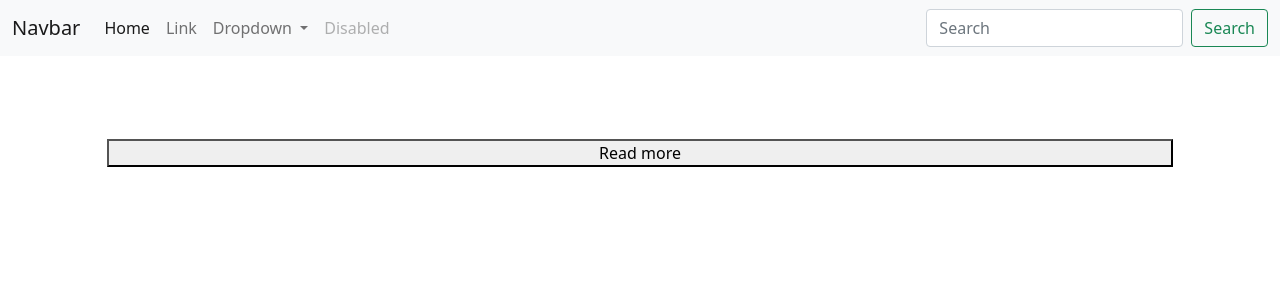
Repository: nptg3105/lab04-landing-page-boostrap5
Page: index.html
The author's editor kept a copy of each file at every save. The page is drawn from the files as they stood at one save, then again after the next save.
The browser window is 1280 px wide. The pictures show the whole page.

Above is the page before, as saved 2021-12-19 09:23:33.

### index.html
<!DOCTYPE html>
<html lang="en">
  <head>
    <meta charset="UTF-8" />
    <meta http-equiv="X-UA-Compatible" content="IE=edge" />
    <meta name="viewport" content="width=device-width, initial-scale=1.0" />
    <title>lab04-Landing-Page-Boostrap</title>
    <link
      href="https://cdn.jsdelivr.net/npm/bootstrap@5.1.3/dist/css/bootstrap.min.css"
      rel="stylesheet"
      integrity="sha384-1BmE4kWBq78iYhFldvKuhfTAU6auU8tT94WrHftjDbrCEXSU1oBoqyl2QvZ6jIW3"
      crossorigin="anonymous"
    />
    <link rel="stylesheet" href="dist/index.css" />
  </head>
  <body>
    <header>
      <nav class="navbar navbar-expand-lg navbar-light bg-light">
        <div class="container-fluid">
          <a class="navbar-brand" href="#">Navbar</a>
          <button
            class="navbar-toggler"
            type="button"
            data-bs-toggle="collapse"
            data-bs-target="#navbarSupportedContent"
            aria-controls="navbarSupportedContent"
            aria-expanded="false"
            aria-label="Toggle navigation"
          >
            <span class="navbar-toggler-icon"></span>
          </button>
          <div class="collapse navbar-collapse" id="navbarSupportedContent">
            <ul class="navbar-nav me-auto mb-2 mb-lg-0">
              <li class="nav-item">
                <a class="nav-link active" aria-current="page" href="#">Home</a>
              </li>
              <li class="nav-item">
                <a class="nav-link" href="#">Link</a>
              </li>
              <li class="nav-item dropdown">
                <a
                  class="nav-link dropdown-toggle"
                  href="#"
                  id="navbarDropdown"
                  role="button"
                  data-bs-toggle="dropdown"
                  aria-expanded="false"
                >
                  Dropdown
                </a>
                <ul class="dropdown-menu" aria-labelledby="navbarDropdown">
                  <li><a class="dropdown-item" href="#">Action</a></li>
                  <li><a class="dropdown-item" href="#">Another action</a></li>
                  <li><hr class="dropdown-divider" /></li>
                  <li>
                    <a class="dropdown-item" href="#">Something else here</a>
                  </li>
                </ul>
              </li>
              <li class="nav-item">
                <a class="nav-link disabled">Disabled</a>
              </li>
            </ul>
            <form class="d-flex">
              <input
                class="form-control me-2"
                type="search"
                placeholder="Search"
                aria-label="Search"
              />
              <button class="btn btn-outline-success" type="submit">
                Search
              </button>
            </form>
          </div>
        </div>
      </nav>
      <div class="hero">
       <div class="container-fluid d-flex flex-column justify-content-center align-items-center hero__textbox text-center col-md-10">
         <div class="row">
          <h2 class="text-white">Travel</h2>
          <h4 class="text-white">Lorem ipsum dolor sit amet, consectetur adipisicing elit. Deleniti consequuntur.</h4>
          <button>Read more <i class="fa fa-book"></i></button>
         </div>
       </div>
      </div>
    </header>

    </p>

    <script
      src="https://cdn.jsdelivr.net/npm/bootstrap@5.1.3/dist/js/bootstrap.bundle.min.js"
      integrity="sha384-ka7Sk0Gln4gmtz2MlQnikT1wXgYsOg+OMhuP+IlRH9sENBO0LRn5q+8nbTov4+1p"
      crossorigin="anonymous"
    ></script>
  </body>
</html>

### dist/index.css
* {
  box-sizing: border-box;
  margin: 0;
  padding: 0;
}
body {
  line-height: 1.5;
}
:root {
  --color-bg: #ecf2f8;
  --color-white: #fff;
  --color-violet: #7541c8;
  --color-light-grey: #cfcfcf;
  --color-dark-grey: #19212e;
  --color-grey: #48556a;
}
.hero {
  background: url(https://mdbootstrap.com/img/Photos/Horizontal/Nature/full%20page/img%20(
        3
      ).jpg)
    no-repeat 50% fixed;
}
/*# sourceMappingURL=index.css.map */

After the next save:
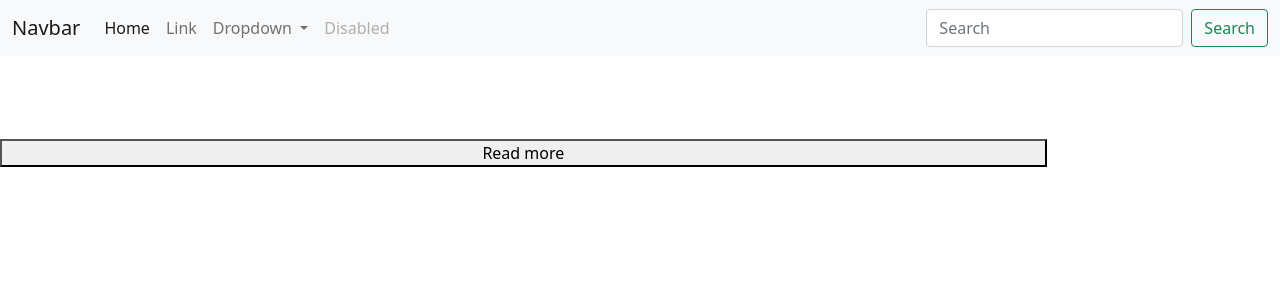
Saved 11 s later.
--- a/index.html
+++ b/index.html
@@ -76,8 +76,8 @@
         </div>
       </nav>
       <div class="hero">
-       <div class="container-fluid d-flex flex-column justify-content-center align-items-center hero__textbox text-center col-md-10">
-         <div class="row">
+       <div class="container-fluid">
+         <div class="row d-flex flex-column justify-content-center align-items-center hero__textbox text-center col-md-10">
           <h2 class="text-white">Travel</h2>
           <h4 class="text-white">Lorem ipsum dolor sit amet, consectetur adipisicing elit. Deleniti consequuntur.</h4>
           <button>Read more <i class="fa fa-book"></i></button>
